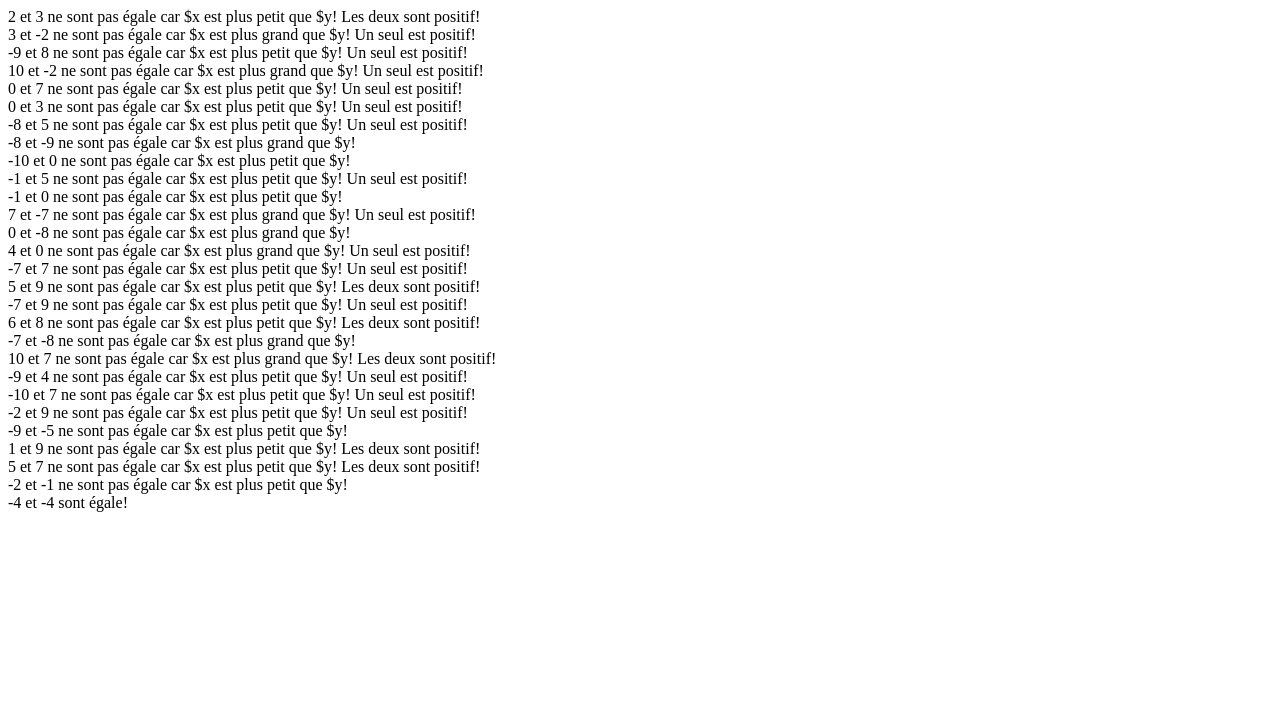
Repository: QuentinFayt/base-php-2021
Page: http://localhost/09-conditions.php
The author's editor kept a copy of each file at every save. The page is drawn from the files as they stood at one save, then again after the next save.
The browser window is 1280 px wide. The pictures show the whole page.
The page is run by PHP 8.4 with error messages shown; the project is at /var/www/html/.

Above is the page before, as saved 2021-09-03 10:20:09.

### 09-conditions.php
<?php

do {
    $x = mt_rand(-10, 10);
    $y = mt_rand(-10, 10);
    if ($x === $y) {
        echo "$x et $y sont égale!</br>";
    } else {
        echo "$x et $y ne sont pas égale car";
        echo $x < $y ? ' $x est plus petit que $y! ' : ' $x est plus grand que $y! ';
        if (0 < $x && 0 < $y) {
            echo "Les deux sont positif! </br>";
        } elseif (0 < $x || 0 < $y) {
            echo "Un seul est positif! </br>";
        } else {
            echo "</br>";
        }
    }
} while ($x !== $y);

After the next save:
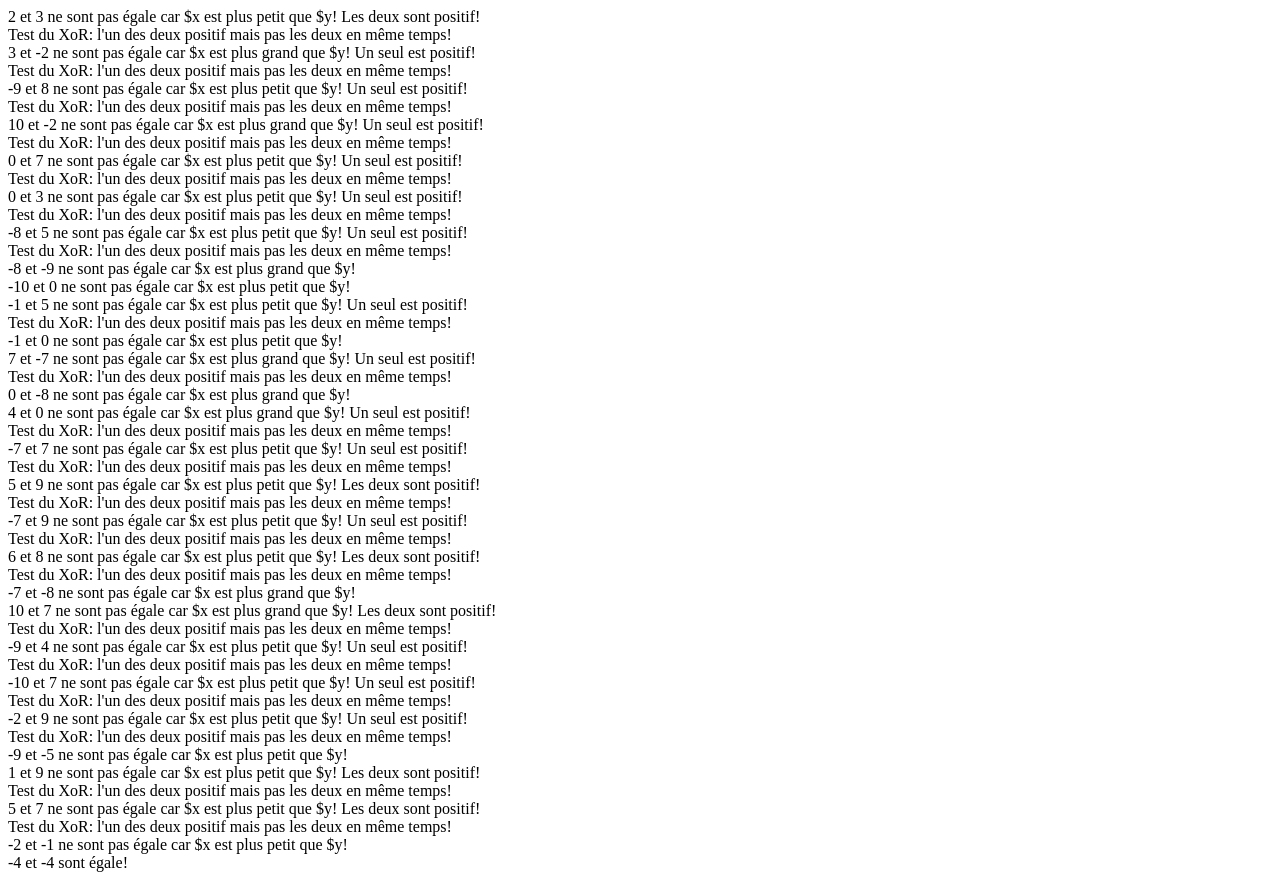
Saved 44 min 39 s later.
--- a/09-conditions.php
+++ b/09-conditions.php
@@ -12,8 +12,10 @@ do {
             echo "Les deux sont positif! </br>";
         } elseif (0 < $x || 0 < $y) {
             echo "Un seul est positif! </br>";
-        } else {
-            echo "</br>";
         }
+        if (0 < $x || 0 < $y) {
+            echo "Test du XoR: l'un des deux positif mais pas les deux en même temps!";
+        }
+        echo "</br>";
     }
 } while ($x !== $y);
